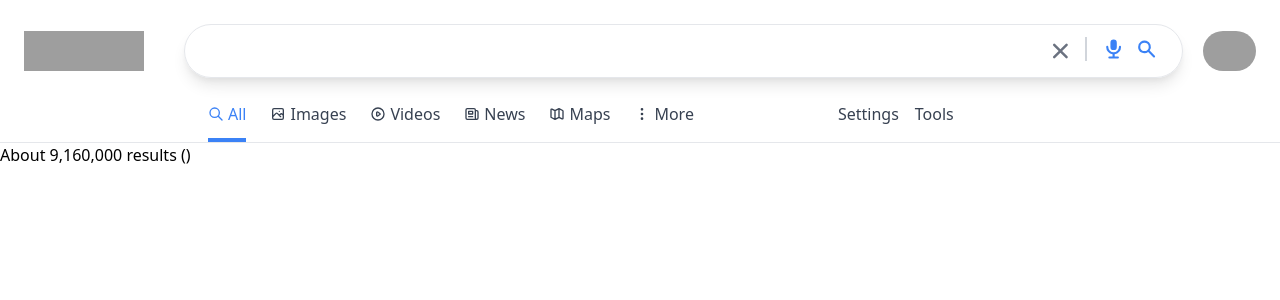
Repository: DecentraMindsCoin/google-search-clone
Page: /search
These files come from the project's save history. The page is drawn as it stood at one moment and after the next save; the edit follows.
The browser window is 1280 px wide. The pictures show the whole page.
Pictures or frames that could not be fetched are drawn as grey boxes. The project was rebuilt for these pictures with package versions that can differ from the ones it lists, and the page was loaded fresh each time. The framework's server and built-in components were replaced by stand-ins that run in the browser. Also part of the build but not shown: next.config.js, Response.js.

Above is the page before, as saved 2021-05-17 17:28:54.

### pages/search.js

import Head from 'next/head';
import Header from '../components/Header';
import { API_KEY, CONTEXT_KEY }  from '../keys';
import Response from "../Response";
import { useRouter } from "next/router";
import SearchResults from '../components/SearchResults';


function Search({ results }) {
    const router = useRouter();

        console.log(results);

    return (
        <div>
            <Head>
                <title>
                    {router.query.term} - Google Search
                </title>
                <link rel="icon" href=""/>
            </Head>
{/* Header */}

<Header />

{/* Search Results */}
<SearchResults results={results} />


        </div>
    )
}

export default Search;

export async function getServerSideProps(context) {

    const useDummyData = true;
    const startIndex = context.query.start || '0';

    const data = useDummyData ? Response : await fetch(`https://www.googleapis.com/customsearch/v1?key=${API_KEY}&cx=${CONTEXT_KEY}&q=${context.query.term}&start=${startIndex}`).then(response => response.json());

    // After the SERVER has rendered Pass the results to the client
    return {
        props: {
            results: data,
        }
        }
    }

### styles/globals.css
/* ./styles/globals.css */
@tailwind base;
@tailwind components;
@tailwind utilities;

@layer components {
  .btn {
    @apply bg-[#f8f9fa] p-3 rounded-md ring-gray-200 text-sm text-gray-800 hover:ring-1 focus:outline-none active:ring-gray-300 hover:shadow-md;
  }
.link {
  @apply hover:underline cursor-pointer;

  }
}

/* import from tailwind.css and delete preset css */
/* add with @apply to hover link as a modifier and cursor pointer */
/* add button btn custom gray and hover for btn className from feeling luck and Google search text */

### components/Header.js
import Image from 'next/image';
import { useRouter } from 'next/router';
import {useRef} from "react"
import { MicrophoneIcon, XIcon, SearchIcon } from '@heroicons/react/solid';
import Avatar from './Avatar';
import HeaderOptions from './HeaderOptions';


function Header() {
    const router = useRouter();
    const searchInputRef = useRef(null);

    const search = e => {
        e.preventDefault();
        const term = searchInputRef.current.value;


        if (!term) return;

        router.push(`./search?term=${term}`);
    }

    return (
        <header className="sticky top-0 bg-white">
            <div className="flex w-full p-6 items-center">
                <Image
            src='https://www.purepng.com/public/uploads/large/purepng.com-google-logo-2015brandlogobrand-logoiconssymbolslogosgoogle-6815229372333mqrr.png'
            height={40}
            width={120}
            onClick={() => router.push("/")}
            className="cursor-pointer" />
            <form className='px-6 py-3 ml-10 mr-5 flex-grow flex border border-gray-200 rounded-full shadow-lg '>
                <input ref={searchInputRef} type='text' className='flex-grow w-full focus:outline-none' type='text' />
                <XIcon className='h-7 sm:mr-3 text-gray-500 cursor-pointer transition duration-100 transform hover:scale-125'
                onClick={() =>(searchInputRef.current.value = "")}/>
                <MicrophoneIcon className='mr-3 h-6 hidden sm:inline-flex text-blue-500 border-l-2 pl-4 border-gray-300' />
                <SearchIcon className='h-6 text-blue-500 hidden sm:inline-flex'/>
                <button hidden type="submit" onClick={search}>Search</button>
            </form>
            <Avatar className='ml-auto 'url='https://coaching.papareact.com/ai9'/>
            </div>

            {/* Header Options Component */}
            <HeaderOptions />

        </header>
    )
}

export default Header

### keys.js
// Api kWZrnVM42QCiEA2Ig1bG8zjoIMOgxWwYCEeNdwY6Tv
export const API_KEY = 'AIzaSyA7YUDNBCQATijP9l34hGIXqMewhriENoQ'
// Context Key - https://cse.google.com/create/new
export const CONTEXT_KEY = '755fce7d6fc28a46b'

### components/SearchResults.js
function SearchResults({ results}) {
    return (
        <div>
            <p>About {results.searchInformation?.formattedTotalResults} results ({}) </p>
        </div>
    )
}

export default SearchResults

### components/Avatar.js
function Avatar({url, className }) {
    return (<img loading="lazy"
    className={`h-10 rounded-full cursor-pointer transition duration-150 transform hover:scale-110 ${className}`}
    src={url} alt="Profile Pic" />
    );
}

export default Avatar

### components/HeaderOptions.js
import HeaderOption from "./HeaderOption";
import {

    DotsVerticalIcon, MapIcon, NewspaperIcon, PhotographIcon, PlayIcon, SearchIcon,
} from "@heroicons/react/outline"


function HeaderOptions() {
    return (
        <div className="flex w-full text-gray-700 justify-evenly text-sm lg:text-base lg:justify-start lg:space-x-36 lg:pl-52 border-b">
            {/* left */}
           <div className="flex space-x-6">
               <HeaderOption Icon={SearchIcon}  title="All" selected/>
               <HeaderOption Icon={PhotographIcon} title="Images" />
               <HeaderOption Icon={PlayIcon} title="Videos" />
               <HeaderOption Icon={NewspaperIcon} title="News" />
               <HeaderOption Icon={MapIcon} title="Maps" />
               <HeaderOption Icon={DotsVerticalIcon} title="More" />

           </div>
                {/* right */}
            <div className="flex space-x-4">
                <p className="link">Settings</p>
                <p className="link">Tools</p>
            </div>
        </div>
    )
}

export default HeaderOptions

### components/HeaderOption.js
function HeaderOption({ Icon, title, selected}) {
    return (
        <div className={`flex items-center space-x-1 border-b-4 border-transparent hover:text-blue-500 hover:border-blue-500 pb-3 cursor-pointer ${selected && "text-blue-500 border-blue-500"}`}>
            <Icon className="h-4" />
            <p className="hidden sm:inline-flex">{title}</p>
        </div>
    )
}

export default HeaderOption

### tailwind.config.js
module.exports = {
  mode:'jit',
  purge: ['./pages/**/*.{js,ts,jsx,tsx}', './components/**/*.{js,ts,jsx,tsx}'],
  darkMode: false, // or 'media' or 'class'
  theme: {
    extend: {},
  },
  variants: {
    extend: {},
  },
  plugins: [],
}


//insert purge and mode: jit from tailwind.css

Loaded but not shown: pages/_app.js (common file)

After the next save:
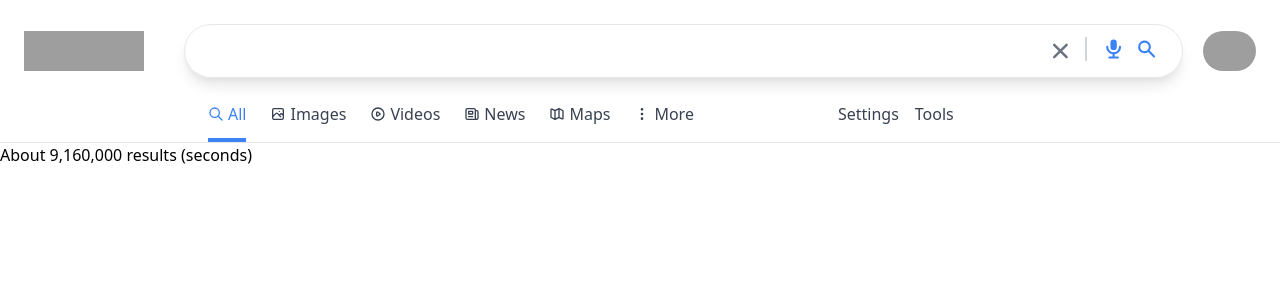
Saved 9 s later.
--- a/components/SearchResults.js
+++ b/components/SearchResults.js
@@ -1,7 +1,7 @@
 function SearchResults({ results}) {
     return (
         <div>
-            <p>About {results.searchInformation?.formattedTotalResults} results ({}) </p>
+            <p>About {results.searchInformation?.formattedTotalResults} results ({}seconds) </p>
         </div>
     )
 }
